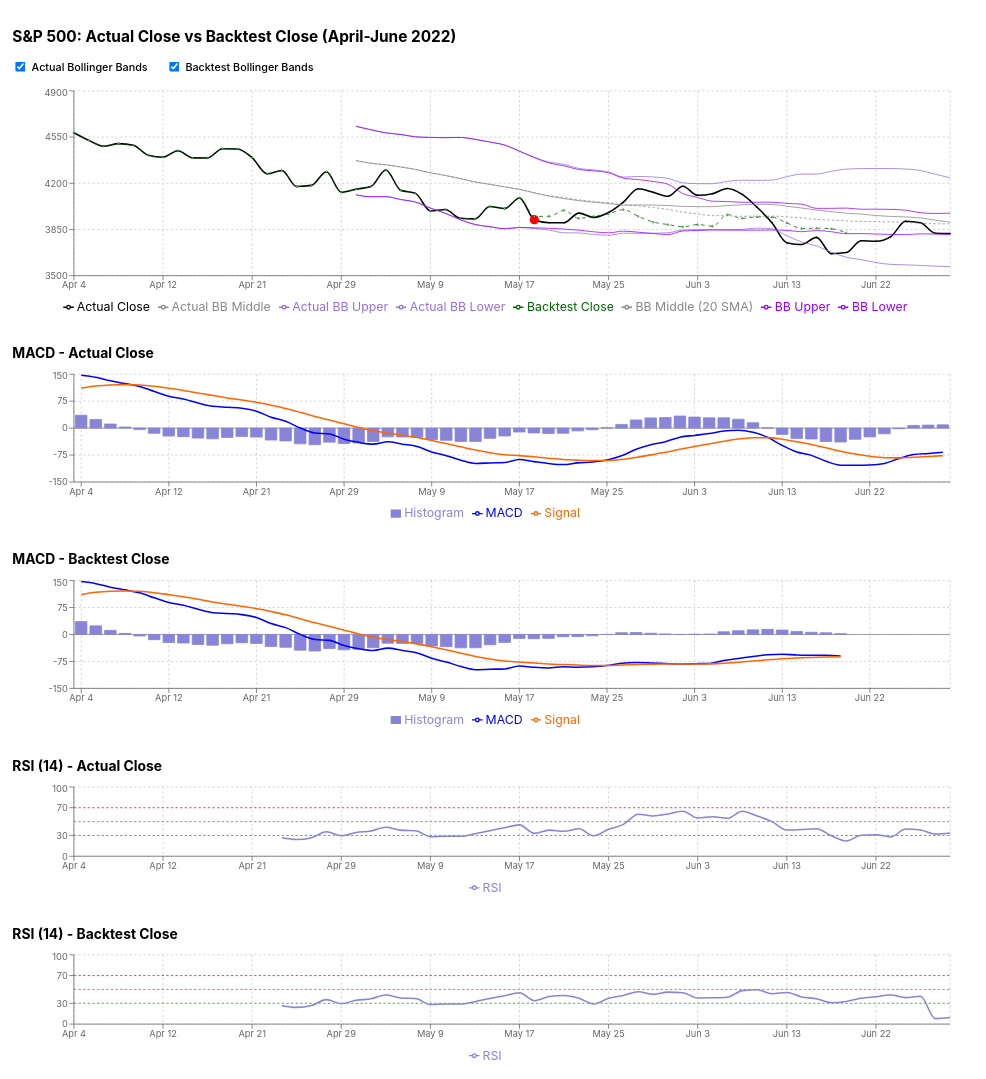
Repository: projecthamburg/daily-trading-roadmap
Page: /
An editor plug-in stored every save of this project. The page is shown before and after the next save, followed by the edit.
The browser window is 1280 px wide. The pictures show the whole page, at 77% of full size.
The project was rebuilt for these pictures with package versions that can differ from the ones it lists, and the page was loaded fresh each time.

Above is the page before, as saved 2025-03-05 22:20:16.

After the next save:
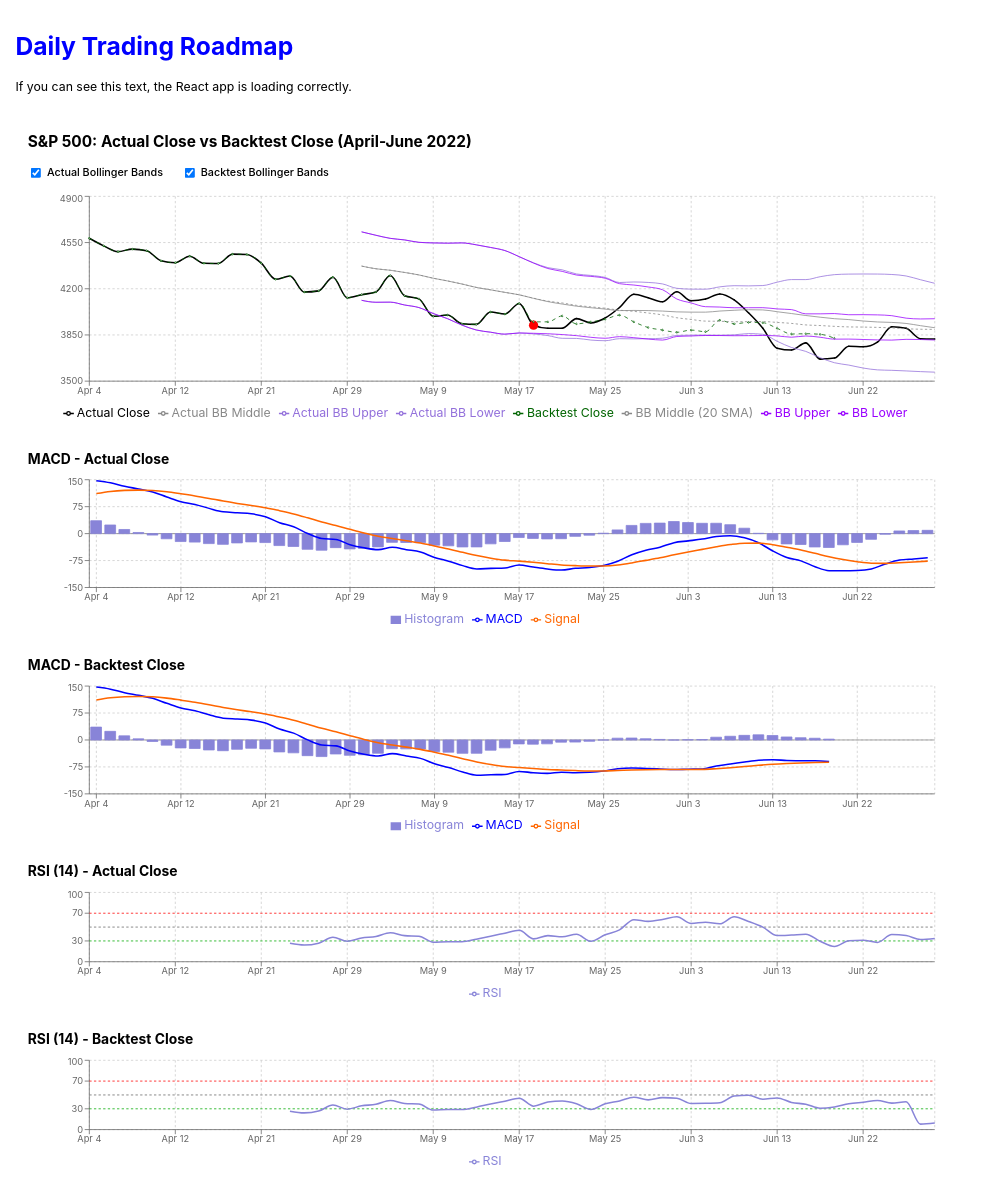
Saved 14 min 28 s later.
--- a/src/App.tsx
+++ b/src/App.tsx
@@ -3,7 +3,9 @@
 
 function App() {
   return (
-    <div className="App">
+    <div className="App" style={{ padding: '20px' }}>
+      <h1 style={{ color: 'blue' }}>Daily Trading Roadmap</h1>
+      <p>If you can see this text, the React app is loading correctly.</p>
       <StockChartWithMACD />
     </div>
   );
